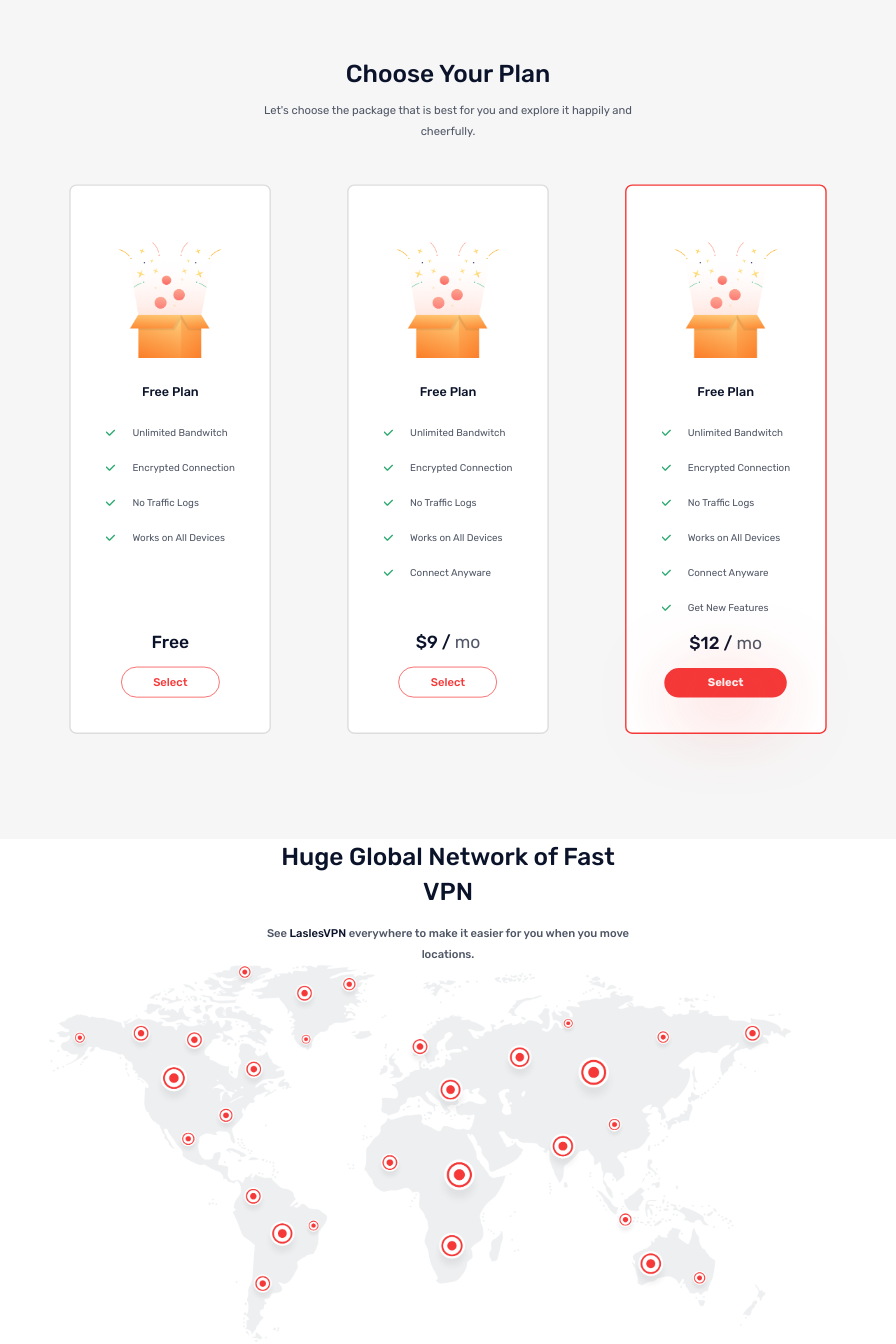
Repository: PhamTrungNguyen/LuyenTap
Page: LT_Figma/index.html
These files come from the project's save history. The page is drawn as it stood at one moment and after the next save; the edit follows.
The browser window is 1280 px wide. The pictures show the part of the page from y = 1399 to 3319 px (the page is 3319 px tall before and 3239 px after), at 70% of full size.
Some web libraries are served in a nearby version. The style sheet was rebuilt from its Sass, Less or Tailwind sources for each picture, by a compiler version that may differ from the author's.

Above is the page before, as saved 2021-12-08 23:14:32.
Console error: TypeError: Cannot read properties of null (reading 'addEventListener')

### LT_Figma/index.html
<!DOCTYPE html>
<html lang="en">

<head>
  <meta charset="UTF-8" />
  <meta http-equiv="X-UA-Compatible" content="IE=edge" />
  <meta name="viewport" content="width=device-width, initial-scale=1.0" />
  <title>Lasles VPN</title>
  <link rel="stylesheet" href="./css/reset.css">
  <link rel="stylesheet" href="./css/app.css" />
  <!-- Link font chữ -->
  <link rel="preconnect" href="https://fonts.googleapis.com">
  <link rel="preconnect" href="https://fonts.gstatic.com" crossorigin>
  <link href="https://fonts.googleapis.com/css2?family=Rubik:wght@400;500;700&display=swap" rel="stylesheet">
</head>

<body>
  <div class="wrapper">
    <!-- ---------------------------------- Phần header ---------------------------------- -->
    <header class="header">
      <div class="container">
        <div class="header-container">
          <img srcset="./images/logo.png 2x" alt="" class="header-logo"> <!-- độ nét logo -->
          <ul class="menu">
            <li class="menu-item">
              <a href="#" class="menu-link">About</a>
            </li>
            <li class="menu-item">
              <a href="#" class="menu-link">Features</a>
            </li>
            <li class="menu-item">
              <a href="#" class="menu-link">Pricing</a>
            </li>
            <li class="menu-item">
              <a href="#" class="menu-link">Testimonials</a>
            </li>
            <li class="menu-item">
              <a href="#" class="menu-link">Help</a>
            </li>
          </ul>
          <div class="header-user">
            <a href="#" class="header-user_in">Sign In</a>
            <a href="#" class="button button--outline">Sign Up</a>
          </div>
        </div>
      </div>
    </header>

    <!-- ---------------------------------- Phần hero ---------------------------------- -->
    <section class="hero">
      <div class="container">
        <div class="hero-container">
          <div class="hero-content">
            <h2 class="hero-content_heading">Want anything to be easy with LaslesVPN.</h2>
            <span class="hero-content_desc">Provide a network for all your needs with ease and fun using
              <strong>LaslesVPN</strong> discover interesting features from us.</span>
            <a href="#" class="button button--primary">Get Started</a>
          </div>
          <div class="hero-image">
            <img srcset="./images/hero-image.png 2x" alt="">
          </div>
        </div>
      </div>
    </section>

    <!-- ---------------------------------- Phần intro ---------------------------------- -->
    <section class="intro">
      <div class="container">
        <div class="intro-container">
          <div class="intro-item">
              <div class="intro-item_user">
                <img srcset="./images/user.png 2x" alt="">
              </div>
              <div class="intro-item_info">
                <h2 class="intro-item_info__number">90+</h2>
                <span class="intro-item_intro__desc">Users</span>
              </div>
          </div>
          <div class="intro-item">
              <div class="intro-item_user">
                <img srcset="./images/location.png 2x" alt="">
              </div>
              <div class="intro-item_info">
                <h2 class="intro-item_info__number">30+</h2>
                <span class="intro-item_intro__desc">Locations</span>
              </div>
          </div>
          <div class="intro-item">
              <div class="intro-item_user">
                <img srcset="./images/server.png 2x" alt="">
              </div>
              <div class="intro-item_info">
                <h2 class="intro-item_info__number">50+</h2>
                <span class="intro-item_intro__desc">Servers</span>
              </div>
          </div>
        </div>
      </div>
    </section>
     <!-- ---------------------------------- Phần Features ---------------------------------- -->
     <section class="feature">
       <div class="container">
         <div class="feature-container">
           <div class="feature-image">
             <img srcset="./images/feature-image.png 2x" alt="">
           </div>
           <div class="feature-content">
             <h3 class="feature-title">We Provide Many Features You Can Use</h3>
             <span class="feature-desc">You can explore the features that we provide with fun and have their own functions each feature.</span>
             <ul class="feature-list">
               <li class="feature-item">
                 <img src="./images/icon-check.svg" alt="" class="feature-item_check">
                 <span class="feature-item_text">Powerfull online protection.</span>
               </li>
               <li class="feature-item">
                 <img src="./images/icon-check.svg" alt="" class="feature-item_check">
                 <span class="feature-item_text">Powerfull online protection.</span>
               </li>
               <li class="feature-item">
                 <img src="./images/icon-check.svg" alt="" class="feature-item_check">
                 <span class="feature-item_text">Powerfull online protection.</span>
               </li>
               <li class="feature-item">
                 <img src="./images/icon-check.svg" alt="" class="feature-item_check">
                 <span class="feature-item_text">Powerfull online protection.</span>
               </li>
             </ul>
           </div>
         </div>
       </div>
     </section>

     <!-- ---------------------------------- Phần Plan ---------------------------------- -->
     <main>
       <section class="plan">
         <div class="container">
           <div class="plan-container">
             <div class="plan-heading">
               <h3 class="plan-heading_title">Choose Your Plan</h3>
               <span class="plan-heading_desc">Let's choose the package that is best for you and explore it happily and cheerfully.</span>
             </div>
             <div class="plan-main">
               <div class="plan-item">
                 <div class="plan-item_image">
                   <img srcset="./images/plan.png 2x" alt="">
                 </div>
                 <h3 class="plan-item_title">Free Plan</h3>
                 <ul class="plan-item--list">
                   <li class="plan-item_text">
                     <img src="./images/icon-check-line.svg" alt="" class="plan-item_icon">
                     <span class="plan-item_desc">Unlimited Bandwitch</span>
                   </li>
                   <li class="plan-item_text">
                     <img src="./images/icon-check-line.svg" alt="" class="plan-item_icon">
                     <span class="plan-item_desc">Encrypted Connection</span>
                   </li>
                   <li class="plan-item_text">
                     <img src="./images/icon-check-line.svg" alt="" class="plan-item_icon">
                     <span class="plan-item_desc">No Traffic Logs</span>
                   </li>
                   <li class="plan-item_text">
                     <img src="./images/icon-check-line.svg" alt="" class="plan-item_icon">
                     <span class="plan-item_desc">Works on All Devices</span>
                   </li>
                 </ul>
                 <h2 class="plan-item_free">Free</h2>
                 <a href="#" class="button button--outline">Select</a>
               </div>
               <div class="plan-item">
                 <div class="plan-item_image">
                   <img srcset="./images/plan.png 2x" alt="">
                 </div>
                 <h3 class="plan-item_title">Free Plan</h3>
                 <ul class="plan-item--list">
                   <li class="plan-item_text">
                     <img src="./images/icon-check-line.svg" alt="" class="plan-item_icon">
                     <span class="plan-item_desc">Unlimited Bandwitch</span>
                   </li>
                   <li class="plan-item_text">
                     <img src="./images/icon-check-line.svg" alt="" class="plan-item_icon">
                     <span class="plan-item_desc">Encrypted Connection</span>
                   </li>
                   <li class="plan-item_text">
                     <img src="./images/icon-check-line.svg" alt="" class="plan-item_icon">
                     <span class="plan-item_desc">No Traffic Logs</span>
                   </li>
                   <li class="plan-item_text">
                     <img src="./images/icon-check-line.svg" alt="" class="plan-item_icon">
                     <span class="plan-item_desc">Works on All Devices</span>
                   </li>
                   <li class="plan-item_text">
                     <img src="./images/icon-check-line.svg" alt="" class="plan-item_icon">
                     <span class="plan-item_desc">Connect Anyware</span>
                   </li>
                 </ul>
                 <h2 class="plan-item_free">$9 / <span>mo</span></h2>
                 <a href="#" class="button button--outline">Select</a>
               </div>
               <div class="plan-item plan-active">
                 <div class="plan-item_image">
                   <img srcset="./images/plan.png 2x" alt="">
                 </div>
                 <h3 class="plan-item_title">Free Plan</h3>
                 <ul class="plan-item--list">
                   <li class="plan-item_text">
                     <img src="./images/icon-check-line.svg" alt="" class="plan-item_icon">
                     <span class="plan-item_desc">Unlimited Bandwitch</span>
                   </li>
                   <li class="plan-item_text">
                     <img src="./images/icon-check-line.svg" alt="" class="plan-item_icon">
                     <span class="plan-item_desc">Encrypted Connection</span>
                   </li>
                   <li class="plan-item_text">
                     <img src="./images/icon-check-line.svg" alt="" class="plan-item_icon">
                     <span class="plan-item_desc">No Traffic Logs</span>
                   </li>
                   <li class="plan-item_text">
                     <img src="./images/icon-check-line.svg" alt="" class="plan-item_icon">
                     <span class="plan-item_desc">Works on All Devices</span>
                   </li>
                   <li class="plan-item_text">
                     <img src="./images/icon-check-line.svg" alt="" class="plan-item_icon">
                     <span class="plan-item_desc">Connect Anyware</span>
                   </li>
                   <li class="plan-item_text">
                     <img src="./images/icon-check-line.svg" alt="" class="plan-item_icon">
                     <span class="plan-item_desc">Get New Features</span>
                   </li>
                 </ul>
                 <h2 class="plan-item_free">$12 / <span>mo</span></h2>
                 <a href="#" class="button button--rounded">Select</a>
               </div>
             </div>
           </div>
         </div>
       </section>
       <!-- ---------------------------------- Phần network ---------------------------------- -->
       <section class="network">
         <div class="container">
           <div class="network-container">
             <div class="network-heading">
               <h2 class="network-heading_title">Huge Global Network of Fast VPN</h2>
               <span class="network-heading_desc">See <strong>LaslesVPN</strong> everywhere to make it easier for you when you move locations.</span>
             </div>
             <div class="network-image">
               <img srcset="./images/network-image.png 2x" alt="">
             </div>
           </div>
         </div>
       </section>
     </main>

  </div>

  <script type="text/javascript" src="https://code.jquery.com/jquery-1.11.0.min.js"></script>
  <script type="text/javascript" src="https://code.jquery.com/jquery-migrate-1.2.1.min.js"></script>
  <script type="text/javascript" src="https://cdn.jsdelivr.net/npm/slick-carousel@1.8.1/slick/slick.min.js"></script>
  <script src="./scripts/app.js"></script>
  <!-- sass ./sass/app.scss ./css/app.css --watch -->
</body>

</html>

### LT_Figma/css/reset.css
/* http://meyerweb.com/eric/tools/css/reset/
   v2.0 | 20110126
   License: none (public domain)
*/

html,
body,
div,
span,
applet,
object,
iframe,
h1,
h2,
h3,
h4,
h5,
h6,
p,
blockquote,
pre,
a,
abbr,
acronym,
address,
big,
cite,
code,
del,
dfn,
em,
img,
ins,
kbd,
q,
s,
samp,
small,
strike,
strong,
sub,
sup,
tt,
var,
b,
u,
i,
center,
dl,
dt,
dd,
ol,
ul,
li,
fieldset,
form,
label,
legend,
table,
caption,
tbody,
tfoot,
thead,
tr,
th,
td,
article,
aside,
canvas,
details,
embed,
figure,
figcaption,
footer,
header,
hgroup,
menu,
nav,
output,
ruby,
section,
summary,
time,
mark,
audio,
video {
  margin: 0;
  padding: 0;
  border: 0;
  font-size: 100%;
  font: inherit;
  vertical-align: baseline;
}
/* HTML5 display-role reset for older browsers */
article,
aside,
details,
figcaption,
figure,
footer,
header,
hgroup,
menu,
nav,
section {
  display: block;
}
body {
  line-height: 1;
}
ol,
ul {
  list-style: none;
}
blockquote,
q {
  quotes: none;
}
blockquote:before,
blockquote:after,
q:before,
q:after {
  content: "";
  content: none;
}
table {
  border-collapse: collapse;
  border-spacing: 0;
}

### LT_Figma/sass/app.scss
@import "reset";
@import "variables";
@import "global";

@import "header";
@import "hero";
@import "intro";
@import "feature";
@import "plan";
@import "network";

### LT_Figma/sass/_reset.scss
/* http://meyerweb.com/eric/tools/css/reset/
   v2.0 | 20110126
   License: none (public domain)
*/

html,
body,
div,
span,
applet,
object,
iframe,
h1,
h2,
h3,
h4,
h5,
h6,
p,
blockquote,
pre,
a,
abbr,
acronym,
address,
big,
cite,
code,
del,
dfn,
em,
img,
ins,
kbd,
q,
s,
samp,
small,
strike,
strong,
sub,
sup,
tt,
var,
b,
u,
i,
center,
dl,
dt,
dd,
ol,
ul,
li,
fieldset,
form,
label,
legend,
table,
caption,
tbody,
tfoot,
thead,
tr,
th,
td,
article,
aside,
canvas,
details,
embed,
figure,
figcaption,
footer,
header,
hgroup,
menu,
nav,
output,
ruby,
section,
summary,
time,
mark,
audio,
video {
  margin: 0;
  padding: 0;
  border: 0;
  font-size: 100%;
  font: inherit;
  vertical-align: baseline;
  text-decoration: none;
}
/* HTML5 display-role reset for older browsers */
article,
aside,
details,
figcaption,
figure,
footer,
header,
hgroup,
menu,
nav,
section {
  display: block;
}
body {
  line-height: 1;
}
ol,
ul {
  list-style: none;
}
blockquote,
q {
  quotes: none;
}
blockquote:before,
blockquote:after,
q:before,
q:after {
  content: "";
  content: none;
}
table {
  border-collapse: collapse;
  border-spacing: 0;
}
*,
*:after,
*:before {
  margin: 0;
  padding: 0;
  box-sizing: border-box;
}

### LT_Figma/sass/_variables.scss
$font-1: "Rubik", sans-serif;
$text-color: #4F5665;
$title-color: #0b132a;
$red-color: #F53838;
$gray-color: #dde0e4;
$gray-light-color: #f8f8f8;
$gray-lighter-color: #ddd;

### LT_Figma/sass/_global.scss
body {
  line-height: 1;
  font-family: $font-1;
  color: $text-color;
  font-weight: 400;
  font-size: 16px;
  background-color: white;
}
html {
  font-size: 62.5%;
}
button {
  cursor: pointer;
  outline: none;
  border: none;
  font-family: $font-1;
}
.wrapper {
  // lớp bao ngoài
  max-width: 1440px;
  margin: 0 auto;
}
.container {
  // container bên trong
  max-width: 1240px;
  margin: 0 auto;
  padding: 0 50px;
}
.button {
  display: inline-block;
  padding: 13px 45px;
  border-radius: 100rem;
  font-family: $font-1;
  line-height: 1;
  font-size: 16px;
  cursor: pointer;
  border: none;
  outline: none;

  &--primary {
    font-weight: 700;
    background-color: $red-color;
    color: white;
    border-radius: 10px;
    padding: 17px 77px;
    position: relative;
    &:after {
      content: "";
      background: rgba(245, 56, 56, 0.979);
      filter: blur(26px);
      position: absolute;
      top: 80%;
      left: 50%;
      transform: translate(-50%, -50%);
      width: 80%;
      height: 100%;
      z-index: -1;
    }
  }
  &--outline {
    background-color: transparent;
    color: $red-color;
    font-weight: 500;
    border: 1px solid;
  }
  &--rounded {
    font-weight: 700;
    background-color: $red-color;
    color: white;
    padding: 13px 62px;
    position: relative;
    z-index: 2;
    &:after {
      content: "";
      position: absolute;
      top: 0;
      left: 50%;
      width: 90%;
      height: 100%;
      transform: translate(-50%, 50%);
      background-color: rgba(245, 56, 56, 0.35);
      filter: blur(54px);
      border-radius: inherit;
    }
  }
}

### LT_Figma/sass/_header.scss
.header {
  padding-top: 50px;
  padding-bottom: 90px;
  &-container {
    display: flex;
    justify-content: space-between;
    align-items: center;
    flex-wrap: wrap;
    position: relative;
  }
  &-user {
    font-weight: 500;
    &_in {
      margin-right: 3rem;
      color: $title-color;
    }
  }
}
.menu {
  display: flex;
  align-items: center;
  list-style: none;
  gap: 0 40px;
  &-link {
    color: $text-color;
  }
}
@media screen and (max-width: 1023px) {
  .header-user {
    position: absolute;
    right: 0;
    top: 80%;
    transform: translateY(50%);
  }
}
@media  screen and (max-width:767px){
  .menu{
    display: none;
  }

}

### LT_Figma/sass/_hero.scss
.hero {
  padding-bottom: 100px;
  &-container {
    display: flex;
    justify-content: space-between;
    align-items: center;
    gap: 0 40px;
    position: relative;
  }
  &-content {
    width: 100%;
    max-width: 555px;
    &_heading {
      font-weight: 500;
      color: $title-color;
      font-size: 50px;
      line-height: calc(70 / 50);
      margin-bottom: 2rem;
    }
    &_desc {
      display: block;
      line-height: calc(30 / 16);
      margin-bottom: 5rem;
      strong {
        font-weight: 500;
      }
    }
  }
  &-image {
    // đỡ mất kích thước của ảnh
    position: absolute;
    top: 50%;
    right: 0;
    transform: translate(40px, -50%);
  }

}
@media  screen and (max-width:1279px){
  .hero-image {
    // đỡ mất kích thước của ảnh
    position:inherit;
    transform: none;
    img{
      width: 100%;
    }
  }
  .hero-content {
    width: 100%;
    max-width: 455px;
}
  .hero-content_heading {

    font-size: 45px;

}

}
@media screen and (max-width: 1023px) {
  .hero-content_heading {
    color: #0b132a;
    font-size: 30px;
  }
}
@media  screen and (max-width:767px){
    .hero-container {
        flex-direction: column-reverse;
        gap: 50px 0;
    }
    .hero-content_heading {
        color: #0b132a;
        font-size: 23px;
    }



}

### LT_Figma/sass/_intro.scss
.intro {
  margin-bottom: 95px;
  &-container {
    padding: 37px 0;
    box-shadow: 0 42px 114px 0 rgba(13, 16, 37, 0.226);
    display: grid;
    grid-template-columns: repeat(3, minmax(0, 1fr));
    border-radius: 10px;
    background-color: #fff;
  }
  &-item {
    display: flex;
    justify-content: center;
    align-items: center;

    &_user {
      margin-right: 2rem;
    }
    &_info {
      &__number {
        font-weight: 700;
        font-size: 25px;
        margin-bottom: 6px;
        line-height: calc(30 / 25);
      }
      &__desc{
        line-height: calc(30 / 20);
      }
    }
    height: 125px;
  }
}
@media screen and (min-width: 768px) {
  .intro-item:nth-child(2) {
    border-right: 2px solid #eeeff2;
    border-left: 2px solid #eeeff2;
  }
}

@media screen and (max-width: 767px) {
  .intro-container {
    grid-template-columns: 100%;
  }
  .intro-item {
    flex-direction: row;
    // text-align: center;
  }
  .intro-item:nth-child(2){
      padding-left: 2rem;

  }
}

### LT_Figma/sass/_feature.scss
.feature{
    padding-bottom: 7rem;
    &-container{
        display:flex;
        justify-content: space-between;
        align-items: center;
        gap: 0 170px;
    }
    &-image{
        // width: 100%;
    }
    &-content{

    }
    &-title{
        color:$title-color;
        font-weight: 500;
        font-size: 35px;
        line-height: calc(50/35);
        margin-bottom: 2rem;
    }
    &-desc{
        line-height: calc(30/16);
        margin-bottom: 2rem;
    }
    &-item{
        // list-style: none;
        &_check{
            margin-right: 1rem;
        }
        display: flex;
        align-items: center;
        margin-bottom: 2rem;
    }
}
@media  screen and (max-width:1279px){
    .feature-container {
        gap: 0 90px;
    }

}
@media  screen and (max-width:1023px){
    .feature-image {
        img{
            width: 155%;
        }
    }
    .feature-container {
        gap: 0 150px;
    }

}
@media  screen and (max-width:767px){
    .feature-container {
        flex-direction: column;
    }
    .feature-image img {
        width: 100%;
    }
    .feature-container {
        gap: 50px 0;
    }
    .feature-content{
        display: flex;
        flex-direction: column;
        align-items: center;
        margin: 0 auto;
    }

}

### LT_Figma/sass/_network.scss
.network
{
    &-heading{
        max-width:555px;
        margin: 0 auto;
        text-align: center;
        &_title{
            font-weight: 500;
            font-size: 35px;
            margin-bottom: 2rem;
            color:$title-color;
            line-height: calc(50/35);
        }
        &_desc{
            font-weight: 500;
            line-height: calc(30/16);
            strong{
                color:$title-color;
            }
        }
    }
}

Loaded but not shown: LT_Figma/scripts/app.js (39 lines, source omitted); LT_Figma/sass/_plan.scss (80 lines, source omitted)

After the next save:
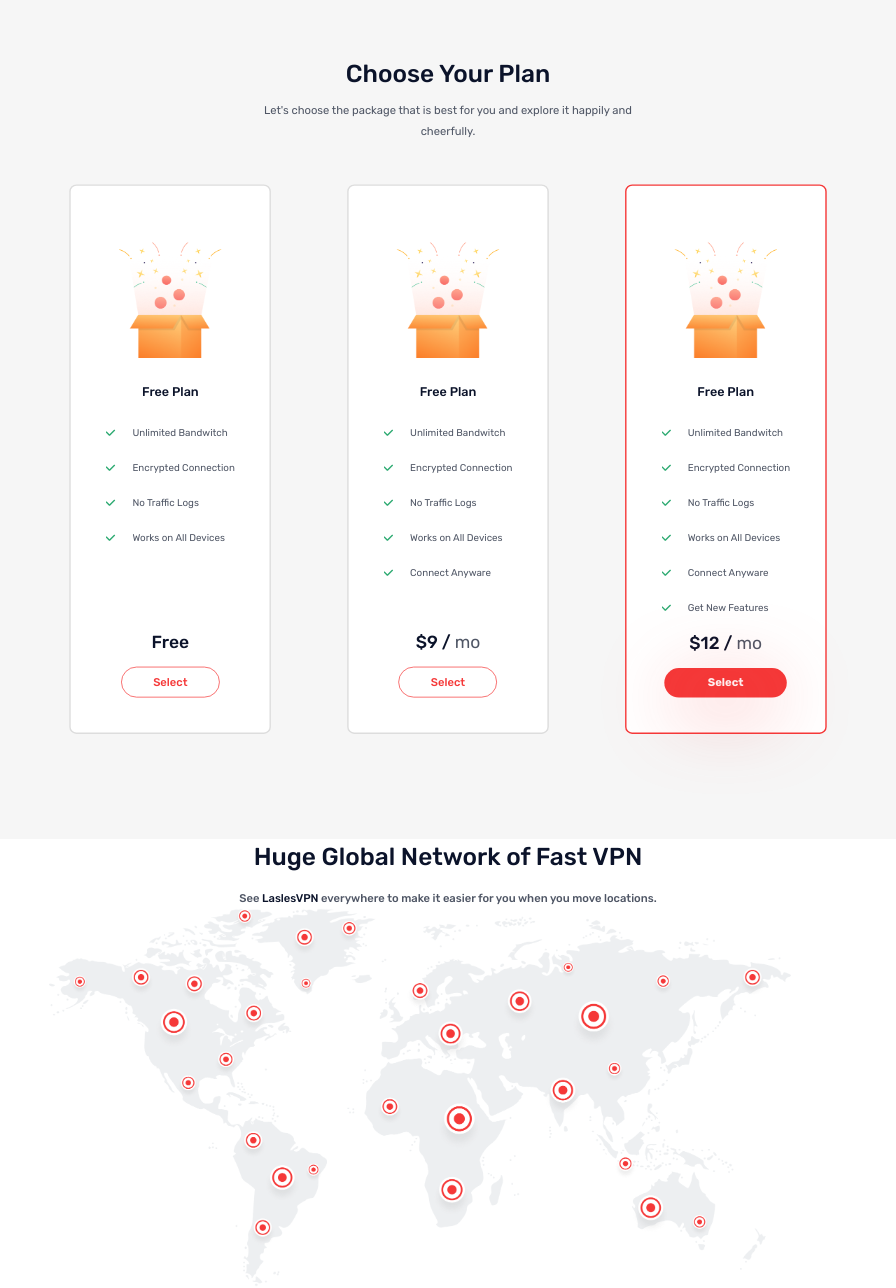
Saved 11 s later.
--- a/LT_Figma/sass/_network.scss
+++ b/LT_Figma/sass/_network.scss
@@ -1,7 +1,6 @@
 .network
 {
     &-heading{
-        max-width:555px;
         margin: 0 auto;
         text-align: center;
         &_title{
@@ -12,6 +11,7 @@
             line-height: calc(50/35);
         }
         &_desc{
+            max-width:555px;
             font-weight: 500;
             line-height: calc(30/16);
             strong{
